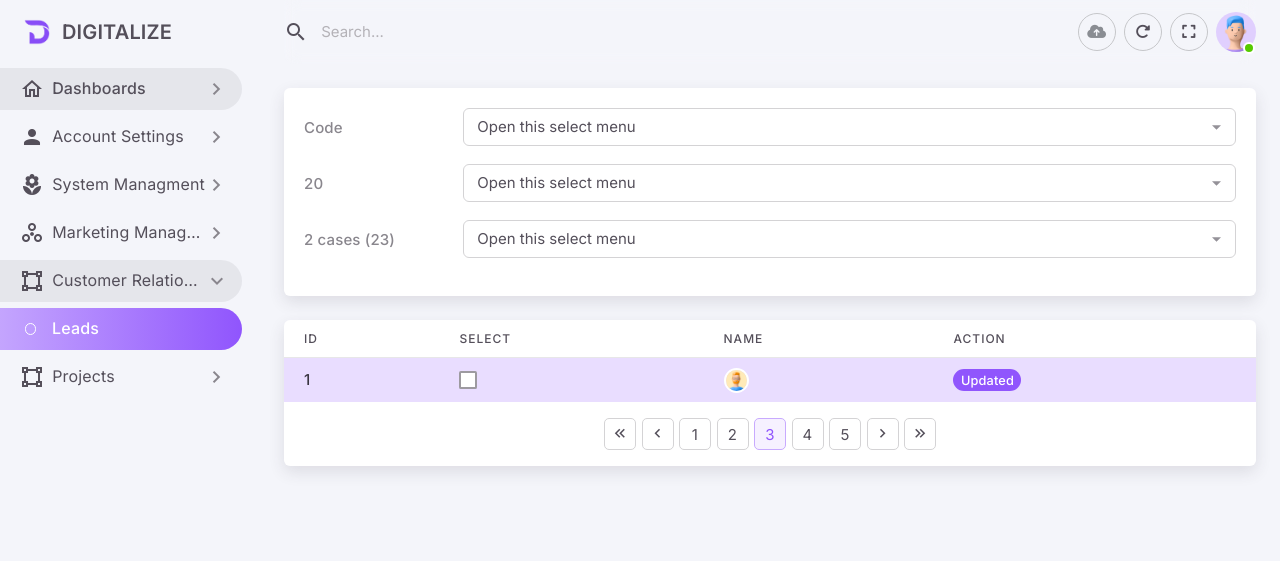
Repository: FadyFathey/sales-crm
Page: html/project-list.html
An editor plug-in stored every save of this project. The page is shown before and after the next save, followed by the edit.
The browser window is 1280 px wide. The pictures show the whole page.
Some icons come from a web library that is not loaded, so they are not drawn. Some web libraries are served in a nearby version.

Above is the page before, as saved 2024-10-09 13:35:42.
Console error: ReferenceError: d3 is not defined

After the next save:
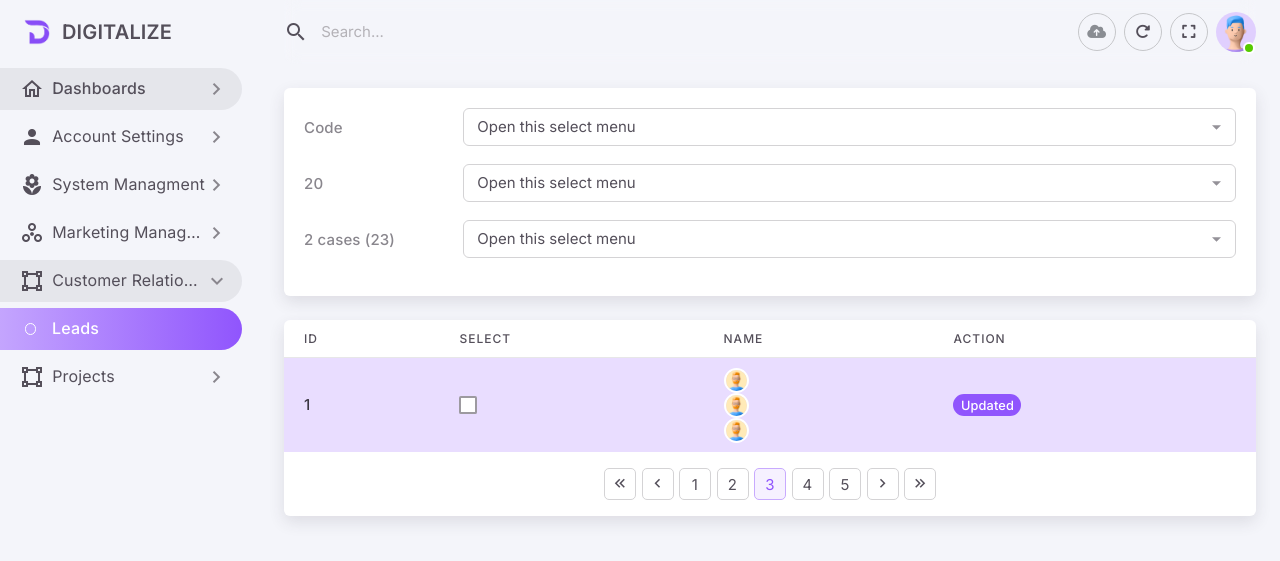
Saved 23 s later.
--- a/html/project-list.html
+++ b/html/project-list.html
@@ -404,6 +404,24 @@
                                                             class="rounded-circle" />
                                                     </li>
                                                 </ul>
+                                                <ul
+                                                    class="list-unstyled users-list m-0 avatar-group d-flex align-items-center">
+                                                    <li data-bs-toggle="tooltip" data-popup="tooltip-custom"
+                                                        data-bs-placement="top" class="avatar avatar-xs pull-up"
+                                                        title="Lilian Fuller">
+                                                        <img src="../assets/img/avatars/5.png" alt="Avatar"
+                                                            class="rounded-circle" />
+                                                    </li>
+                                                </ul>
+                                                <ul
+                                                    class="list-unstyled users-list m-0 avatar-group d-flex align-items-center">
+                                                    <li data-bs-toggle="tooltip" data-popup="tooltip-custom"
+                                                        data-bs-placement="top" class="avatar avatar-xs pull-up"
+                                                        title="Lilian Fuller">
+                                                        <img src="../assets/img/avatars/5.png" alt="Avatar"
+                                                            class="rounded-circle" />
+                                                    </li>
+                                                </ul>
                                             </td>
                                             <td><span class="badge rounded-pill bg-primary me-1">Updated</span></td>
                                         </tr>
